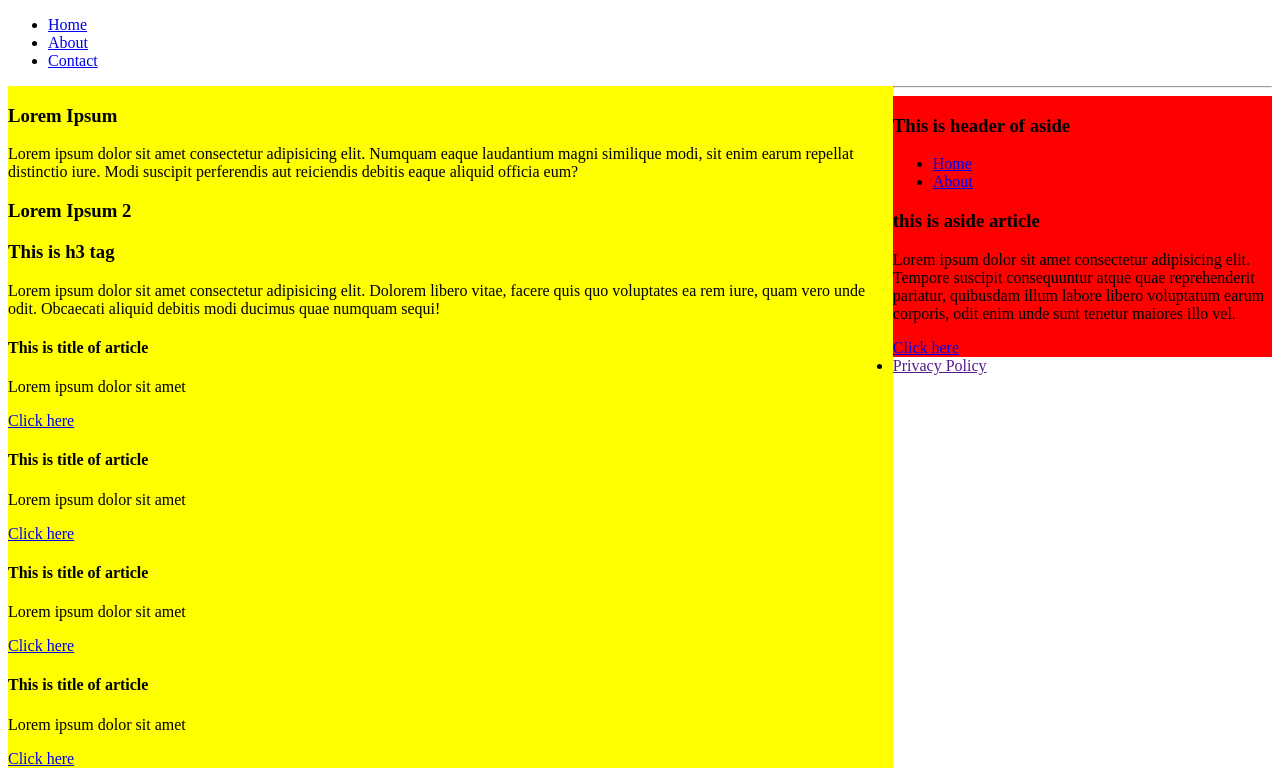
Repository: fisikusari/test-repo
Page: index.html
The author's editor kept a copy of each file at every save. The page is drawn from the files as they stood at one save, then again after the next save.
The browser window is 1280 px wide. The pictures show the whole page.

Above is the page before, as saved 2021-11-11 18:24:30.

After the next save:
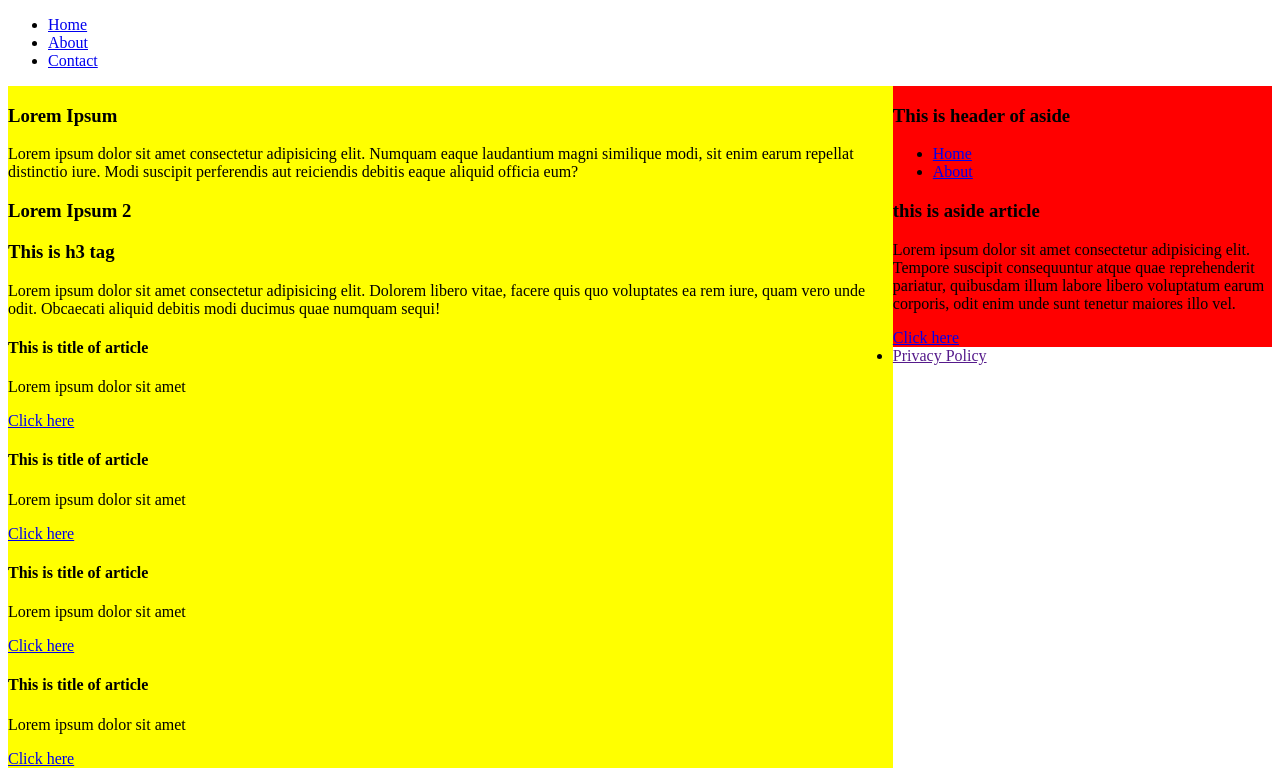
Saved 30 s later.
--- a/index.html
+++ b/index.html
@@ -80,8 +80,6 @@
     </section>
 
   </section>
-
-  <hr>
   <aside>
     <h3>This is header of aside</h3>
     <nav>
